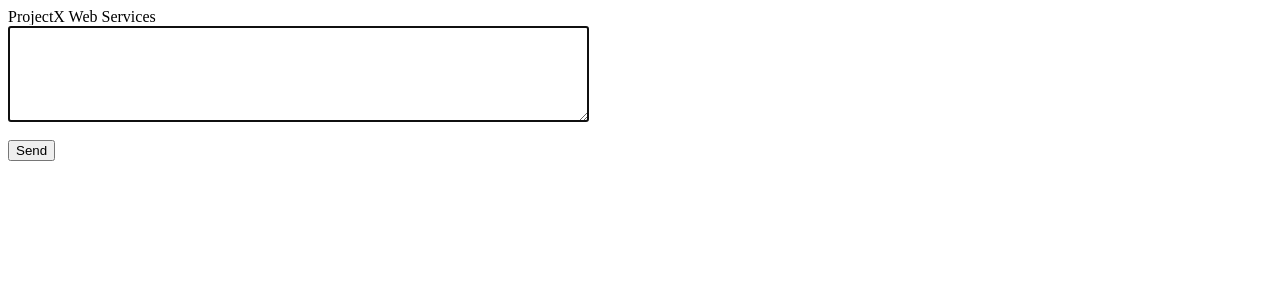
Repository: Aubtin/ProjectX
Page: http://localhost/ProjectXWeb/
An editor plug-in stored every save of this project. The page is shown before and after the next save, followed by the edit.
The browser window is 1280 px wide. The pictures show the whole page.
The page is served by Tomcat 9. Other server files are loaded and not shown.

Above is the page before, as saved 2015-07-08 00:43:04.

### ProjectXWeb/WebContent/index.jsp
<%@ page language="java" contentType="text/html; charset=ISO-8859-1"
    pageEncoding="ISO-8859-1"%>
<!DOCTYPE html PUBLIC "-//W3C//DTD HTML 4.01 Transitional//EN" "http://www.w3.org/TR/html4/loose.dtd">
<html>
<head>
<meta http-equiv="Content-Type" content="text/html; charset=ISO-8859-1">
<title>ProjectX Web Service</title>
<hr1>ProjectX Web Services</hr1>
</head>
<body>
<form action = "ProjectXServlet" method="POST">
	<textarea rows="6" cols="70" name="myText" autofocus="true"></textarea>
	<br>
	<br>
	<input type="Submit" value="Send"/>
</form>
</body>
</html>

After the next save:
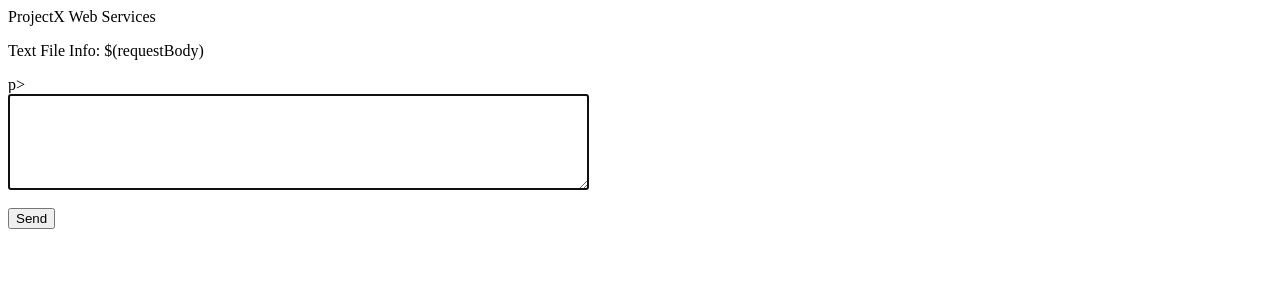
Saved 111 s later.
--- a/ProjectXWeb/WebContent/index.jsp
+++ b/ProjectXWeb/WebContent/index.jsp
@@ -8,11 +8,12 @@
 <hr1>ProjectX Web Services</hr1>
 </head>
 <body>
-<form action = "ProjectXServlet" method="POST">
+	<p>Text File Info: $(requestBody)</p>p>
+	<form action = "ProjectXServlet" method="POST">
 	<textarea rows="6" cols="70" name="myText" autofocus="true"></textarea>
 	<br>
 	<br>
 	<input type="Submit" value="Send"/>
-</form>
+	</form>
 </body>
 </html>
